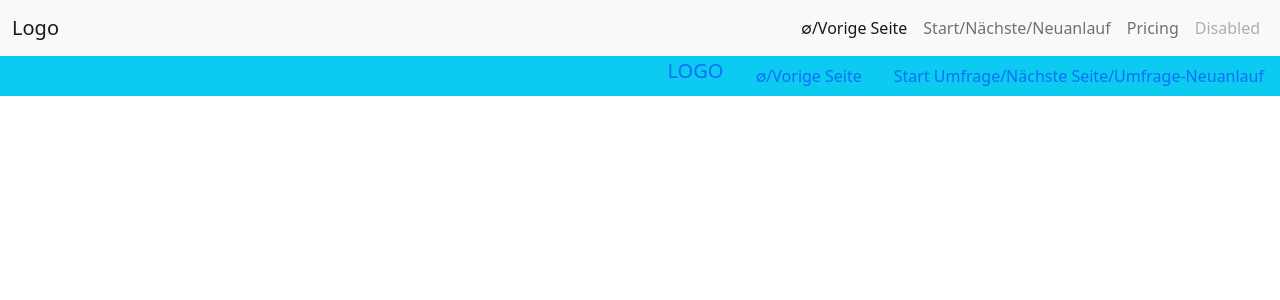
Repository: stephane71183101/Stephane-Personal-Health-Survey
Page: http://localhost/form-q01-start-page.php
An editor plug-in stored every save of this project. The page is shown before and after the next save, followed by the edit.
The browser window is 1280 px wide. The pictures show the whole page.
The page is run by PHP 8.4 with error messages shown; the project is at /var/www/html/.

Above is the page before, as saved 2022-03-15 14:19:07.

After the next save:
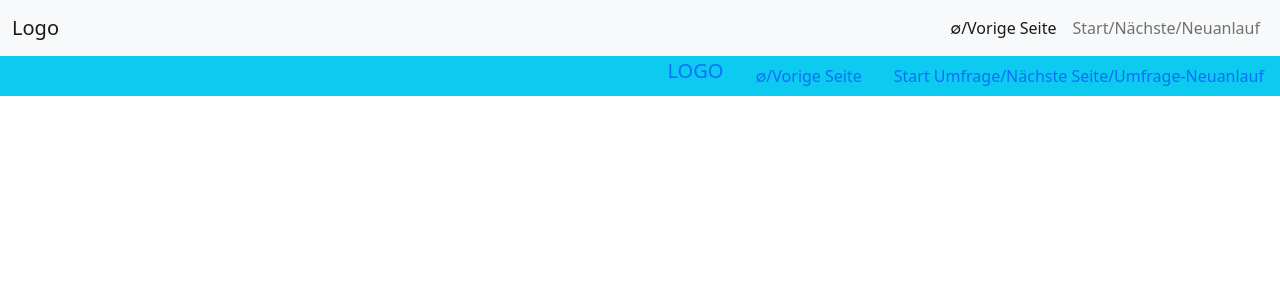
Saved 13 s later.
--- a/form-q01-start-page.php
+++ b/form-q01-start-page.php
@@ -21,12 +21,6 @@
         </li>
         <li class="nav-item">
           <a class="nav-link" href="#">Start/Nächste/Neuanlauf</a>
-        </li>
-        <li class="nav-item">
-          <a class="nav-link" href="#">Pricing</a>
-        </li>
-        <li class="nav-item">
-          <a class="nav-link disabled">Disabled</a>
         </li>
       </ul>
     </div>
